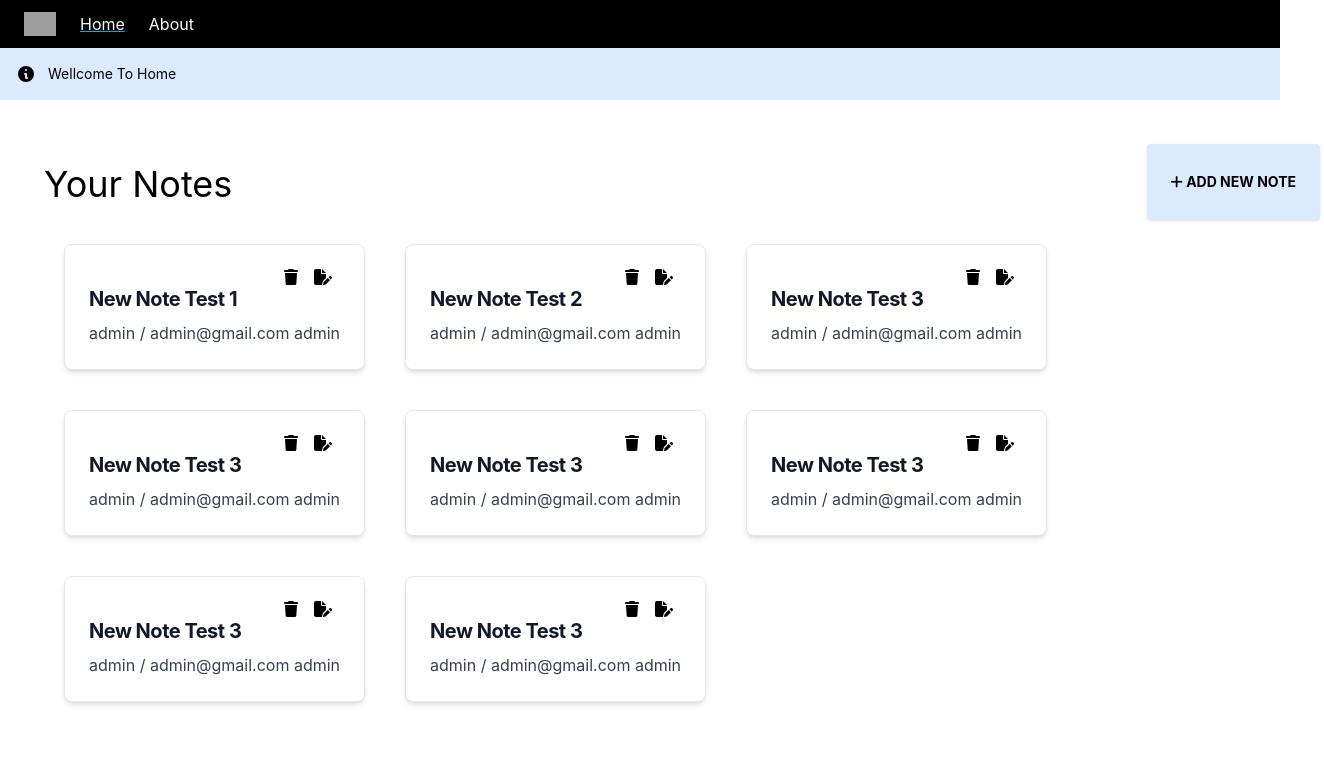
Repository: sonawaneteju4/iNote
Page: /
The author's editor kept a copy of each file at every save. The page is drawn from the files as they stood at one save, then again after the next save.
The browser window is 1280 px wide. The page is 1324 px wide, so the pictures cover 1324 px, including what lies to the right of the window. The pictures show the whole page.
Pictures or frames that could not be fetched are drawn as grey boxes. Some web libraries are served in a nearby version. The project was rebuilt for these pictures with package versions that can differ from the ones it lists, and the page was loaded fresh each time. Also part of the build but not shown: src/components/AddNote.js, src/components/About.js.

Above is the page before, as saved 2022-10-11 10:55:17.

After the next save:
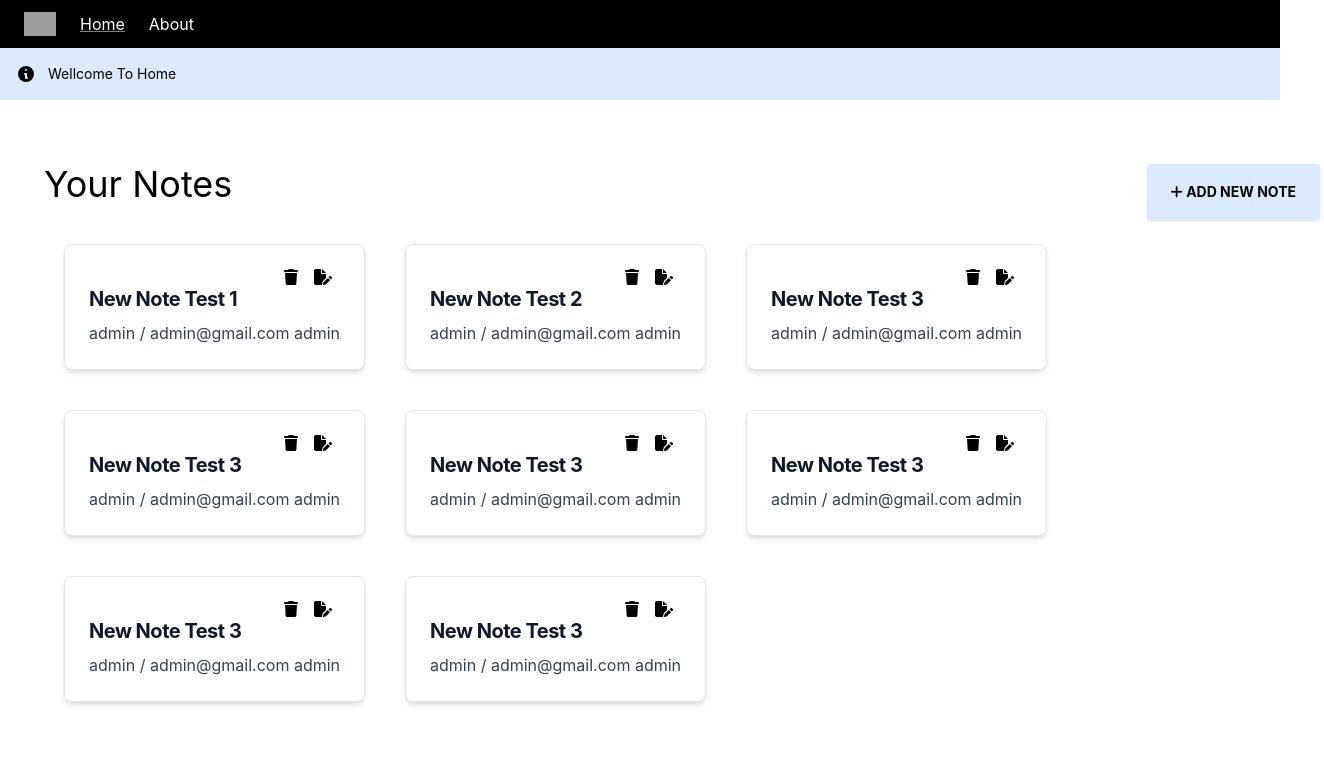
Saved 7 s later.
--- a/src/components/Notes.js
+++ b/src/components/Notes.js
@@ -14,7 +14,7 @@ const Notes = () => {
       <h1 className='py-5 text-4xl'>Your Notes</h1>
 
       <button
-        className="bg-blue-100 text-black active:bg-pink-600 font-bold uppercase text-sm mx-5 px-6 py-3 rounded shadow hover:shadow-lg outline-none focus:outline-none mr-1 mb-1 ease-linear transition-all duration-150"
+        className="bg-blue-100 text-black active:bg-pink-600 font-bold uppercase text-sm my-5 px-6 py-3 rounded shadow hover:shadow-lg outline-none focus:outline-none mr-1 mb-1 ease-linear transition-all duration-150"
         type="button"
         onClick={() => setShowModal(true)}
         >
